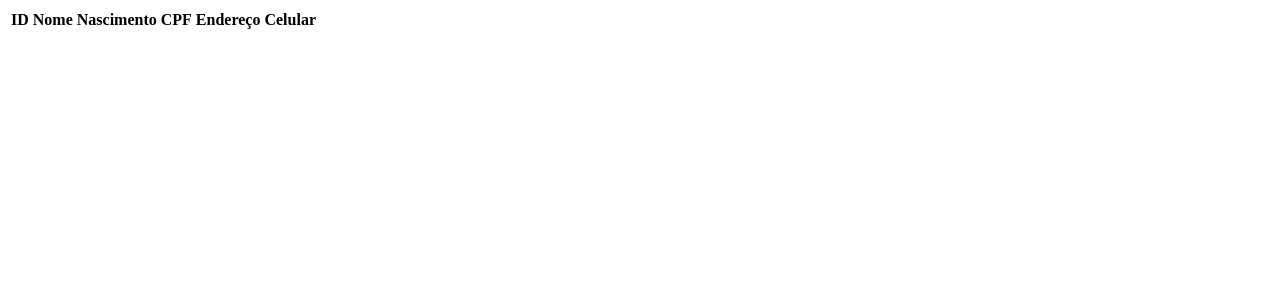
Repository: luizasilveira/TechWeb
Page: http://localhost/techWebP1/lista.jsp
These files come from the project's save history. The page is drawn as it stood at one moment and after the next save; the edit follows.
The browser window is 1280 px wide. The pictures show the whole page.
The page is served by Tomcat 9. Other server files are loaded and not shown. Queries for data that is not in the repository find no rows.

Above is the page before, as saved 2019-09-08 20:54:56.

### Projeto1/techWebP1/WebContent/lista.jsp
<%@ page language="java" contentType="text/html; charset=ISO-8859-1"
	pageEncoding="ISO-8859-1"%>
<!DOCTYPE html>
<html>
<head>
<meta charset="ISO-8859-1">
<title>Insert title here</title>

<style>
body {
	background-color: white;
}
</style>
</head>
<body>
	<%@ page import="java.util.*,techWebP1.*"%>
	<table class ="centered">
	<thead>
			<tr>
			<th>ID</th>
				<th>Nome</th>
				<th>Nascimento</th>
				<th>CPF</th>
				<th>Endereço</th>
				<th>Celular</th>
			</tr>
		</thead>

		<%
			DAO dao = new DAO();
			List<Clients> clientes = dao.getClientes();
			for (Clients cliente : clientes) {
		%>


		<tbody>
			<tr>
				<td><%=cliente.getId()%></td>
				<td><%=cliente.getName()%></td>
				<td><%=cliente.getBirth()%></td>
				<td><%=cliente.getCPF()%></td>
				<td><%=cliente.getAdress()%></td>
				<td><%=cliente.getCelphone()%></td>
			</tr>


			<%
			}
		%>
		</tbody>
	</table>

</body>
</html>

### Projeto1/techWebP1/src/techWebP1/DAO.java
package techWebP1;

import java.sql.Connection;
import java.sql.DriverManager;
import java.sql.PreparedStatement;
import java.sql.ResultSet;
import java.sql.SQLException;
import java.util.ArrayList;
import java.util.List;

public class DAO {

	private Connection connection = null;

	public DAO() {
		try {
			Class.forName("com.mysql.cj.jdbc.Driver");
		} catch (ClassNotFoundException e) {
			// TODO Auto-generated catch block
			e.printStackTrace();
		}
		try {
			connection = DriverManager.getConnection(
					"jdbc:mysql://localhost/projeto1?useTimezone=true&serverTimezone=UTC","root","lulu0147");
		} catch (SQLException e) {
			// TODO Auto-generated catch block
			e.printStackTrace();
		}
	}

	public List<Clients> getClientes() {

		List<Clients> clients = new ArrayList<Clients>();
		PreparedStatement stmt = null;
		try {
			stmt = connection.prepareStatement("SELECT * FROM CadastroCliente");
		} catch (SQLException e) {
			// TODO Auto-generated catch block
			e.printStackTrace();
		}
		ResultSet rs = null;
		try {
			rs = stmt.executeQuery();
		} catch (SQLException e) {
			// TODO Auto-generated catch block
			e.printStackTrace();
		}
		try {
			while (rs.next()) {
				Clients client = new Clients();
				client.setId(rs.getInt("id"));
				client.setName(rs.getString("Nome"));
				client.setBirth(rs.getString("Nascimento"));
				client.setCPF(rs.getString("CPF"));
				client.setAdress(rs.getString("Endereço"));
				client.setCelphone(rs.getString("Celular"));
				clients.add(client);
			}
		} catch (SQLException e) {
			// TODO Auto-generated catch block
			e.printStackTrace();
		}
		try {
			rs.close();
		} catch (SQLException e) {
			// TODO Auto-generated catch block
			e.printStackTrace();
		}
		try {
			stmt.close();
		} catch (SQLException e) {
			// TODO Auto-generated catch block
			e.printStackTrace();
		}
		return clients;

	}

	public void adiciona(Clients client) {
		String sql = "INSERT INTO CadastroCliente" +
		"(Nome,Nascimento,CPF,Endereço,Celular) values(?,?,?,?,?)";
		PreparedStatement stmt = null;
		try {
			stmt = connection.prepareStatement(sql);
		} catch (SQLException e) {
			// TODO Auto-generated catch block
			e.printStackTrace();
		}
		try {
			stmt.setString(1,client.getName());
		} catch (SQLException e) {
			// TODO Auto-generated catch block
			e.printStackTrace();
		}
		try {
			stmt.setString(2, client.getBirth());
		} catch (SQLException e) {
			// TODO Auto-generated catch block
			e.printStackTrace();
		}

		try {
			stmt.setString(3,client.getCPF());
		} catch (SQLException e) {
			// TODO Auto-generated catch block
			e.printStackTrace();
		}

		try {
			stmt.setString(4,client.getAdress());
		} catch (SQLException e) {
			// TODO Auto-generated catch block
			e.printStackTrace();
		}

		try {
			stmt.setString(5,client.getCelphone());
		} catch (SQLException e) {
			// TODO Auto-generated catch block
			e.printStackTrace();
		}

		try {
			stmt.execute();
		} catch (SQLException e) {
			// TODO Auto-generated catch block
			e.printStackTrace();
		}

		try {
			stmt.close();
		} catch (SQLException e) {
			// TODO Auto-generated catch block
			e.printStackTrace();
		}
		}

	public void close() {

		try {
			connection.close();
		} catch (SQLException e) {
			// TODO Auto-generated catch block
			e.printStackTrace();
		}

	}
}

After the next save:
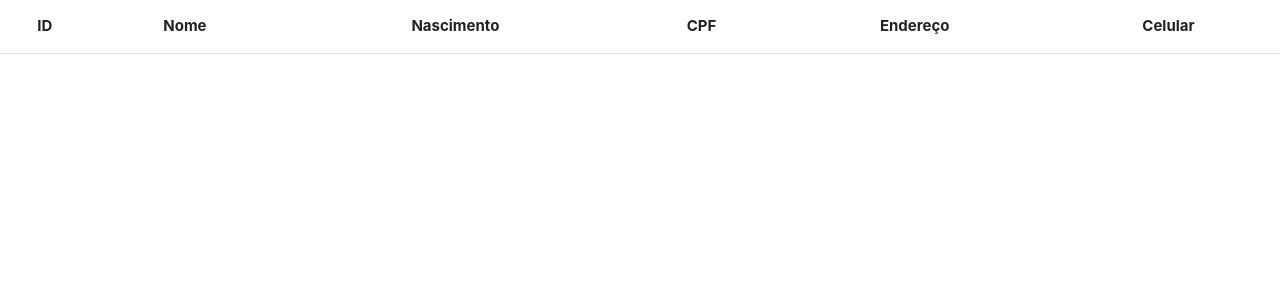
Saved 7 min 26 s later.
--- a/Projeto1/techWebP1/WebContent/lista.jsp
+++ b/Projeto1/techWebP1/WebContent/lista.jsp
@@ -5,6 +5,12 @@
 <head>
 <meta charset="ISO-8859-1">
 <title>Insert title here</title>
+<link href="https://fonts.googleapis.com/icon?family=Material+Icons"
+	rel="stylesheet">
+<!--Import materialize.css-->
+<link rel="stylesheet"
+	href="https://cdnjs.cloudflare.com/ajax/libs/materialize/1.0.0/css/materialize.min.css">
+
 
 <style>
 body {
@@ -49,6 +55,10 @@ body {
 		%>
 		</tbody>
 	</table>
+	<script src="https://code.jquery.com/jquery-1.12.0.min.js"></script>
+	<script
+		src="https://cdnjs.cloudflare.com/ajax/libs/materialize/1.0.0/js/materialize.min.js"></script>
+
 
 </body>
 </html>
